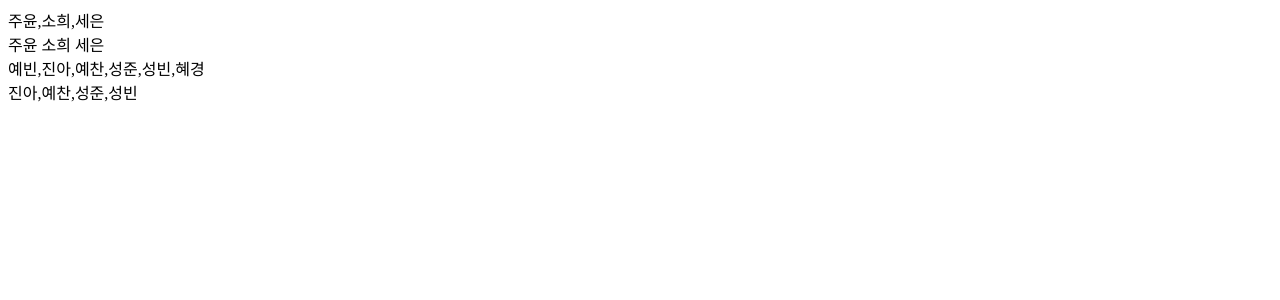
Repository: ssohee98/Web-Study
Page: JS/WebContent/inner/i_exam01.html
The author's editor kept a copy of each file at every save. The page is drawn from the files as they stood at one save, then again after the next save.
The browser window is 1280 px wide. The pictures show the whole page.

Above is the page before, as saved 2023-02-22 00:47:57.

After the next save:
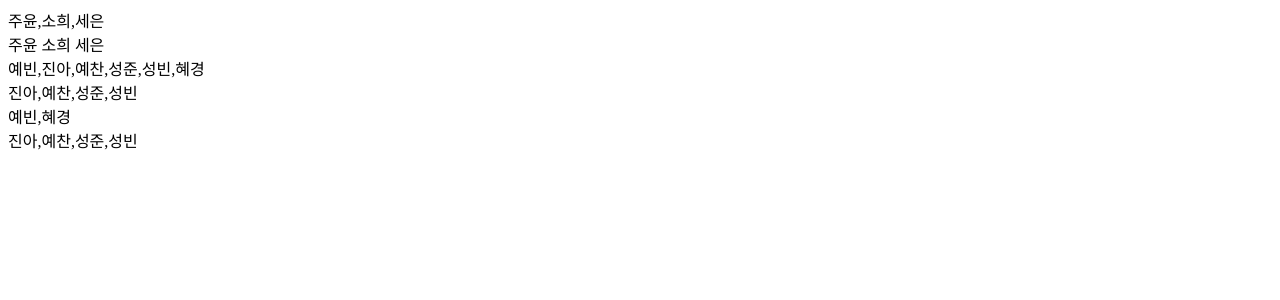
Saved 118 s later.
--- a/JS/WebContent/inner/i_exam01.html
+++ b/JS/WebContent/inner/i_exam01.html
@@ -29,9 +29,13 @@
 	document.write(arr4.toString()+"<br>");	//예빈,진아,예찬,성준,성빈,혜경
 
 	//배열 일부 추출 slice(시작인덱스(0부터 시작), 마지막인덱스(지정 전까지))
-	let arr5 = arr4.slice(1, 5);	//진아,예찬,성준,성빈,혜경
-	document.write(arr5.toString()+"<br>");	//예빈,진아,예찬,성준,성빈,혜경
+	let arr5 = arr4.slice(1, 5);
+	document.write(arr5.toString()+"<br>");	//진아,예찬,성준,성빈
 
+	//배열 부분 삭제 splice(시작인덱스, 삭제할 개수)
+	let arr6 = arr4.splice(1, 4);
+	document.write(arr4.toString()+"<br>");	//
+	document.write(arr6.toString()+"<br>");
 
 </script>
 </head>
